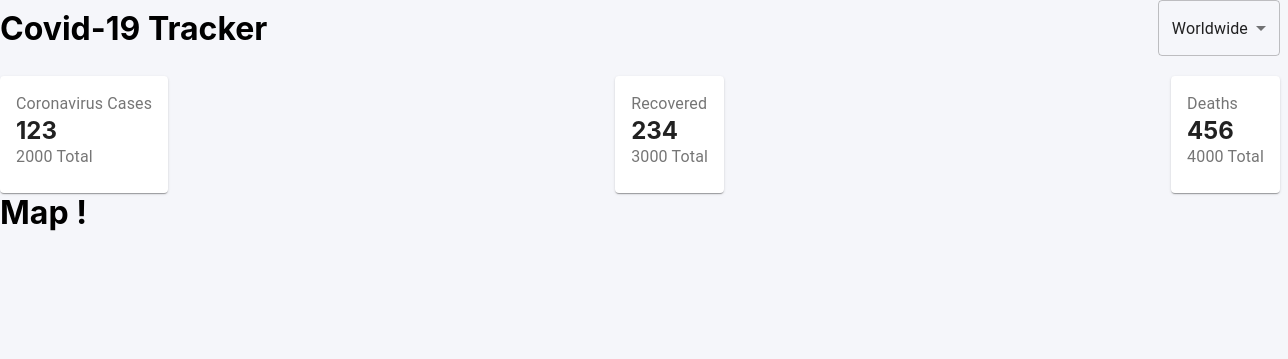
Repository: aashajo/covid-tracker-app-react
Page: /
The author's editor kept a copy of each file at every save. The page is drawn from the files as they stood at one save, then again after the next save.
The browser window is 1280 px wide. The page is 1288 px wide, so the pictures cover 1288 px, including what lies to the right of the window. The pictures show the whole page.
The page's requests for data from a server got no answer. The project was rebuilt for these pictures with package versions that can differ from the ones it lists, and the page was loaded fresh each time. No one was signed in, and anything a server would have sent is missing.

Above is the page before, as saved 2020-08-25 22:43:03.

### src/App.js
import React, { useState, useEffect } from "react";
import {
  MenuItem,
  FormControl,
  Select,
  Card,
  CardContent,
} from "@material-ui/core";
import "./App.css";
import Infobox from "./Infobox";
import Map from "./Map";

function App() {
  const [countries, setCountries] = useState([]); //State --> Variable declaration in React
  const [country, setCountry] = useState("worldwide");
  useEffect(() => {
    //useEffect --> Code inside useEffect will run once when the component loads and not againRuns a set of code based on given condition
    const getCountriesData = async () => {
      //async - send a req, wait for it then do somthing
      await fetch("https://disease.sh/v3/covid-19/countries")
        .then((response) => response.json())
        .then((data) => {
          const countries = data.map((country) => ({
            name: country.country, // United States, United Kingdom
            value: country.countryInfo.iso2, // UK, USA, FR
          }));
          setCountries(countries);
        });
    };
    getCountriesData();
  }, []);

  const onCountryChange = async (e) => {
    const countryCode = e.target.value;

    setCountry(countryCode);
  };

  return (
    <div className="app">
      <div className="app_left">
        {/* Header - Title and Input */}
        <div className="app_header">
          <h1> Covid-19 Tracker </h1>

          <FormControl className="app_dropdown">
            <Select
              variant="outlined"
              onChange={onCountryChange}
              value={country}
            >
              <MenuItem value="worldwide">Worldwide</MenuItem>
              {/* Loop thru countries for dropdown */}
              {countries.map((country) => (
                <MenuItem value={country.value}>{country.name}</MenuItem>
              ))}
            </Select>
          </FormControl>
        </div>

        {/* Info Box */}
        <div className="app_stats">
          <Infobox title="Coronavirus Cases" cases={123} total={2000} />
          <Infobox title="Recovered" cases={234} total={3000} />
          <Infobox title="Deaths" cases={456} total={4000} />
        </div>

        {/* Map */}
        <Map />
      </div>

      <Card className="app_right">
        {/* Table */}

        {/* Graph */}
      </Card>
    </div>
  );
}

export default App;

### src/App.css
* {
  margin: 0;
}

body {
  background-color: #f5f6fa;
}

.app_header {
  display: flex;
  align-items: center;
  margin-bottom: 20px;
  justify-content: space-between;
}

.app_stats {
  display: flex;
  justify-content: space-between;
}

### src/Infobox.js
import React from "react";
import { Card, CardContent, Typography } from "@material-ui/core";

function Infobox({ title, cases, total }) {
  return (
    <Card>
      <CardContent>
        <Typography className="infobox_title" color="textSecondary">{title}</Typography>

        <h2 className="infobox_cases">{cases}</h2>

        <Typography className="infobox_total" color="textSecondary">{total} Total</Typography>
      </CardContent>
    </Card>
  );
}

export default Infobox;

### src/Map.js
import React from 'react'

function Map() {
    return (
        <div className="map">
            <h1>Map !</h1>

        </div>
    )
}

export default Map

Loaded but not shown: public/index.html (common file); src/index.js (common file); src/index.css (common file); src/serviceWorker.js (common file)

After the next save:
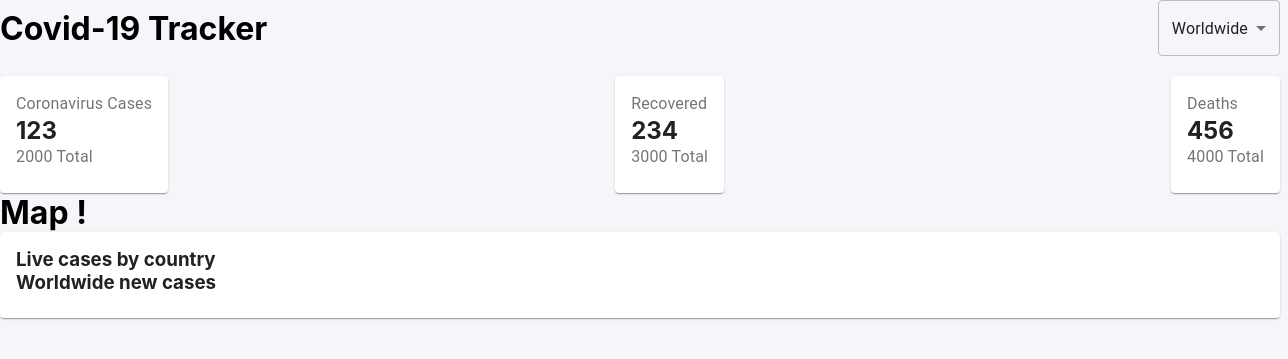
Saved 69 s later.
--- a/src/App.js
+++ b/src/App.js
@@ -70,9 +70,12 @@ function App() {
       </div>
 
       <Card className="app_right">
-        {/* Table */}
-
-        {/* Graph */}
+        <CardContent>
+          <h3>Live cases by country</h3>
+               {/* Table */}
+          <h3>Worldwide new cases</h3>
+          {/* Graph */}
+        </CardContent>
       </Card>
     </div>
   );
